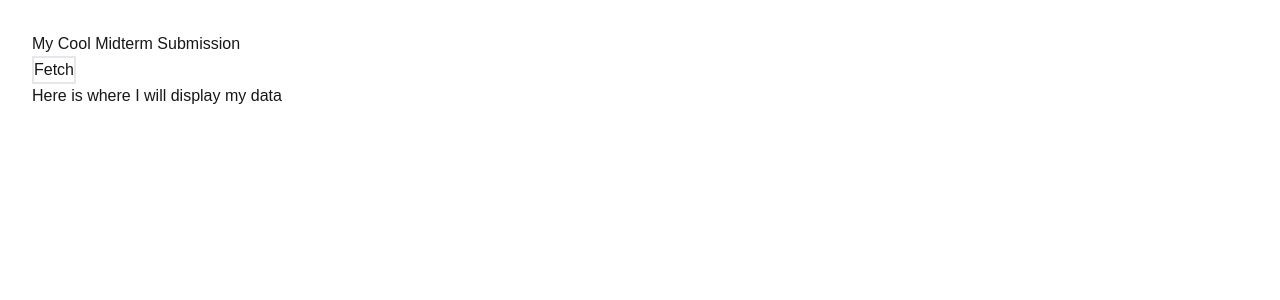
Repository: SamanthaYan298/MDIA-3126-Weds
Page: / (app in midterm-prep/)
An editor plug-in stored every save of this project. The page is shown before and after the next save, followed by the edit.
The browser window is 1280 px wide. The pictures show the whole page.
The project was rebuilt for these pictures with package versions that can differ from the ones it lists, and the page was loaded fresh each time. The framework's server and built-in components were replaced by stand-ins that run in the browser. Also part of the build but not shown: midterm-prep/next.config.mjs.

Above is the page before, as saved 2024-10-30 12:20:11.

### midterm-prep/src/app/page.js
import Image from "next/image";

export default function Home() {
  // Implementation
  // x Pick an API
  // - Build a button component that has a fetch action/clear action
  // - Build a component that display our data (should have an empty and fulfilled state)
  // - Build a function that will fetch some data
  // - Format and  handle the data
  // - (error handling)
  // - Style our app and create breakpoints
  // - Component for out button to sit in

  return (
    <div className="m-8">
      <section>
        <h1>My Cool Midterm Submission</h1>
        <button className="border-2">Fetch </button>
      </section>
      <section>Here is where I will display my data</section>
    </div>
  );
}

Loaded but not shown: midterm-prep/src/app/layout.js (common file); midterm-prep/src/app/globals.css (common file); midterm-prep/tailwind.config.js (common file)

After the next save:
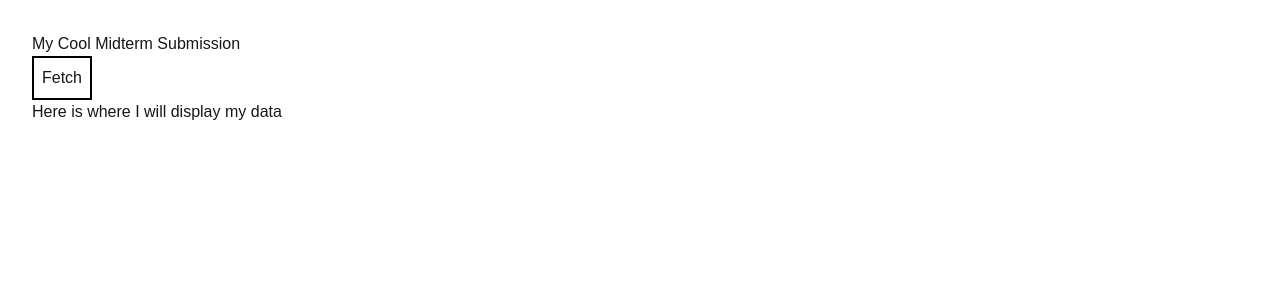
Saved 18 s later.
--- a/midterm-prep/src/app/page.js
+++ b/midterm-prep/src/app/page.js
@@ -15,7 +15,7 @@ export default function Home() {
     <div className="m-8">
       <section>
         <h1>My Cool Midterm Submission</h1>
-        <button className="border-2">Fetch </button>
+        <button className="border-2 border-black p-2">Fetch </button>
       </section>
       <section>Here is where I will display my data</section>
     </div>
